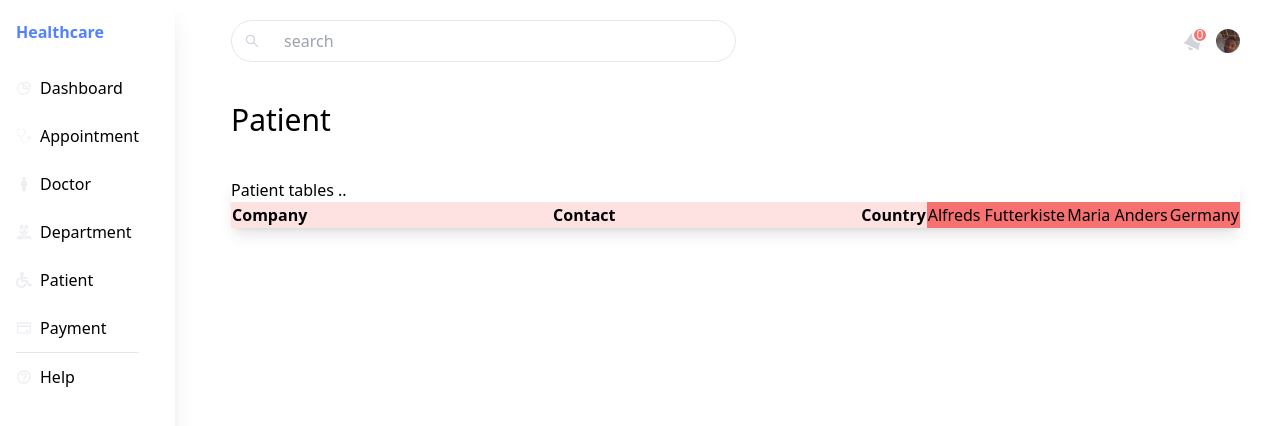
Repository: hisreal123/healthcare-dashboard
Page: /patient
These files come from the project's save history. The page is drawn as it stood at one moment and after the next save; the edit follows.
The browser window is 1280 px wide. The pictures show the whole page.
The project was rebuilt for these pictures with package versions that can differ from the ones it lists, and the page was loaded fresh each time. Also part of the build but not shown: vite.config.ts, src/routes/Error.tsx, src/views/Dashboard.tsx, components/tables/AppointementTable.tsx, src/views/Appointment.tsx, src/views/Doctor.tsx, src/views/Department.tsx, src/views/Payment.tsx and 1 more.

Above is the page before, as saved 2023-05-05 19:03:37.

After the next save:
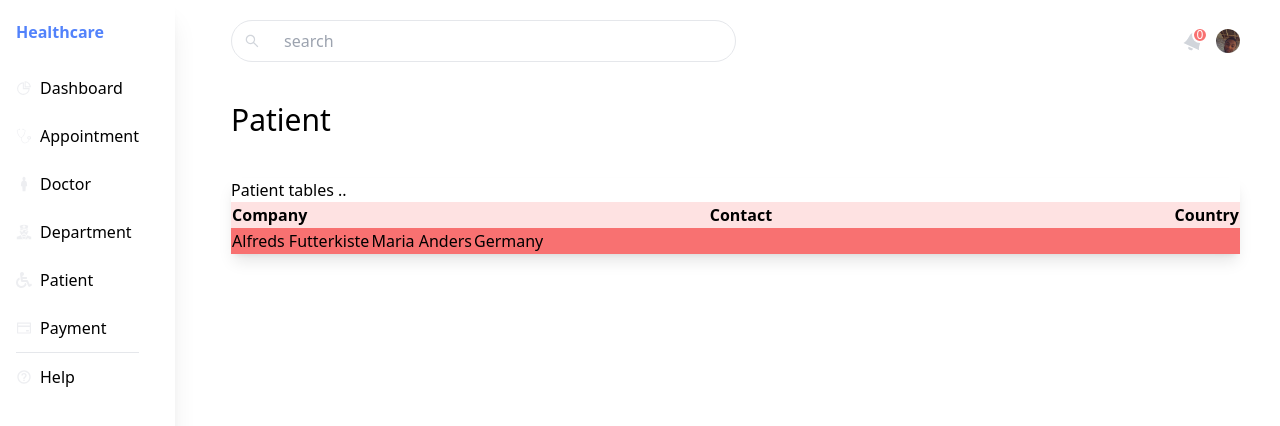
Saved 6 s later.
--- a/components/tables/PatientsTable.tsx
+++ b/components/tables/PatientsTable.tsx
@@ -38,7 +38,7 @@ export default function PatientTable({ patientStyle }: PatientTableProps) {
     const PTable = () => {
         return (
             <>
-                <table className="relative w-full bg-red-400 inline-flex">
+                <table className="relative w-full bg-red-400 inline-block">
                     <tr className='flex-1 w-full bg-red-100 flex relative justify-between'>
                         <th>Company</th>
                         <th>Contact</th>
